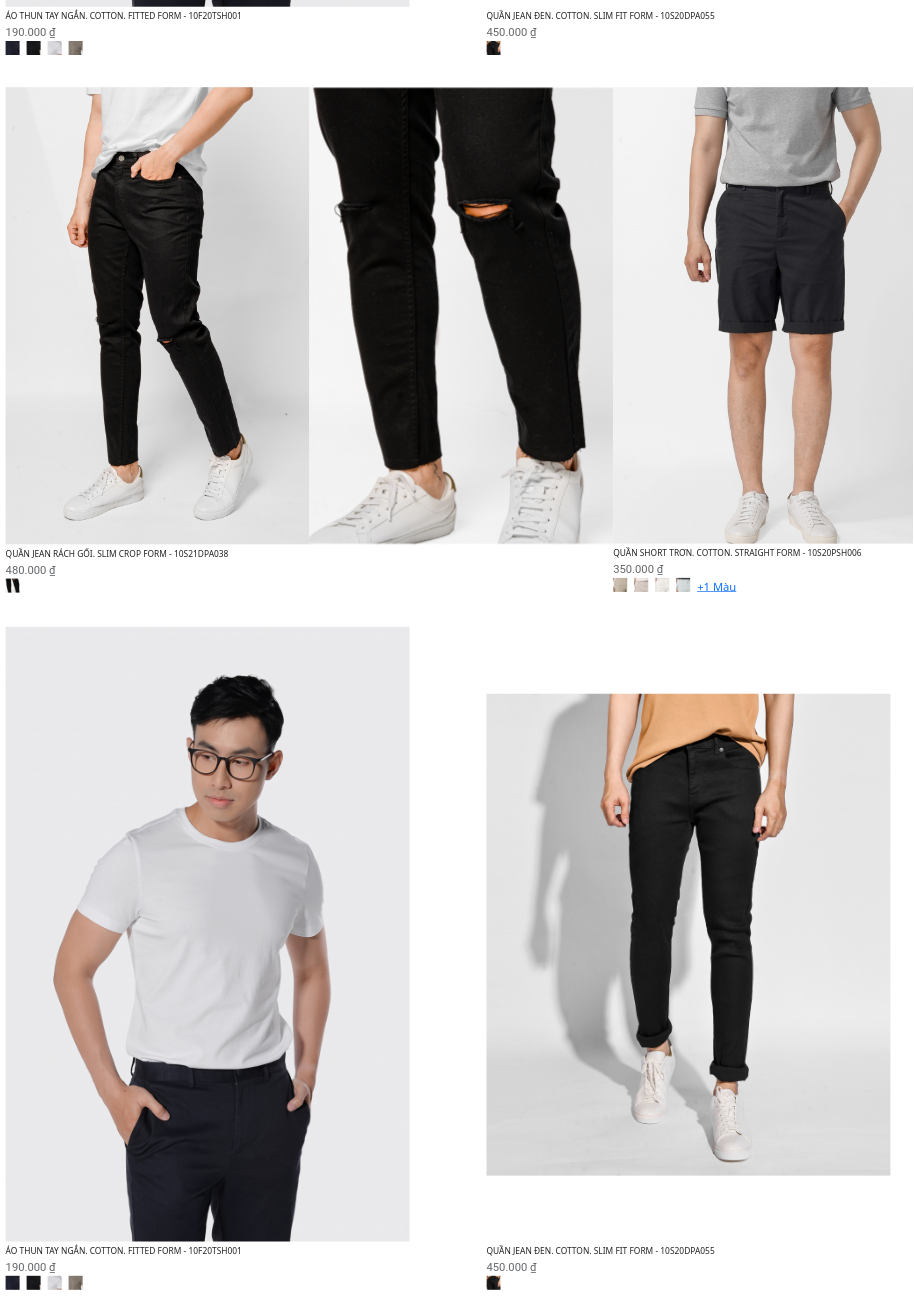
Repository: NguyenQuangQuan021099/FE_Page-Male
Page: Danh sách/page1.html
These files come from the project's save history. The page is drawn as it stood at one moment and after the next save; the edit follows.
The browser window is 1280 px wide. The page is 1305 px wide, so the pictures cover 1305 px, including what lies to the right of the window. The pictures show the part of the page from y = 3632 to 5512 px (the page is 5512 px tall), at 70% of full size.
Some web libraries are served in a nearby version.

Above is the page before, as saved 2021-07-02 11:39:53.

After the next save:
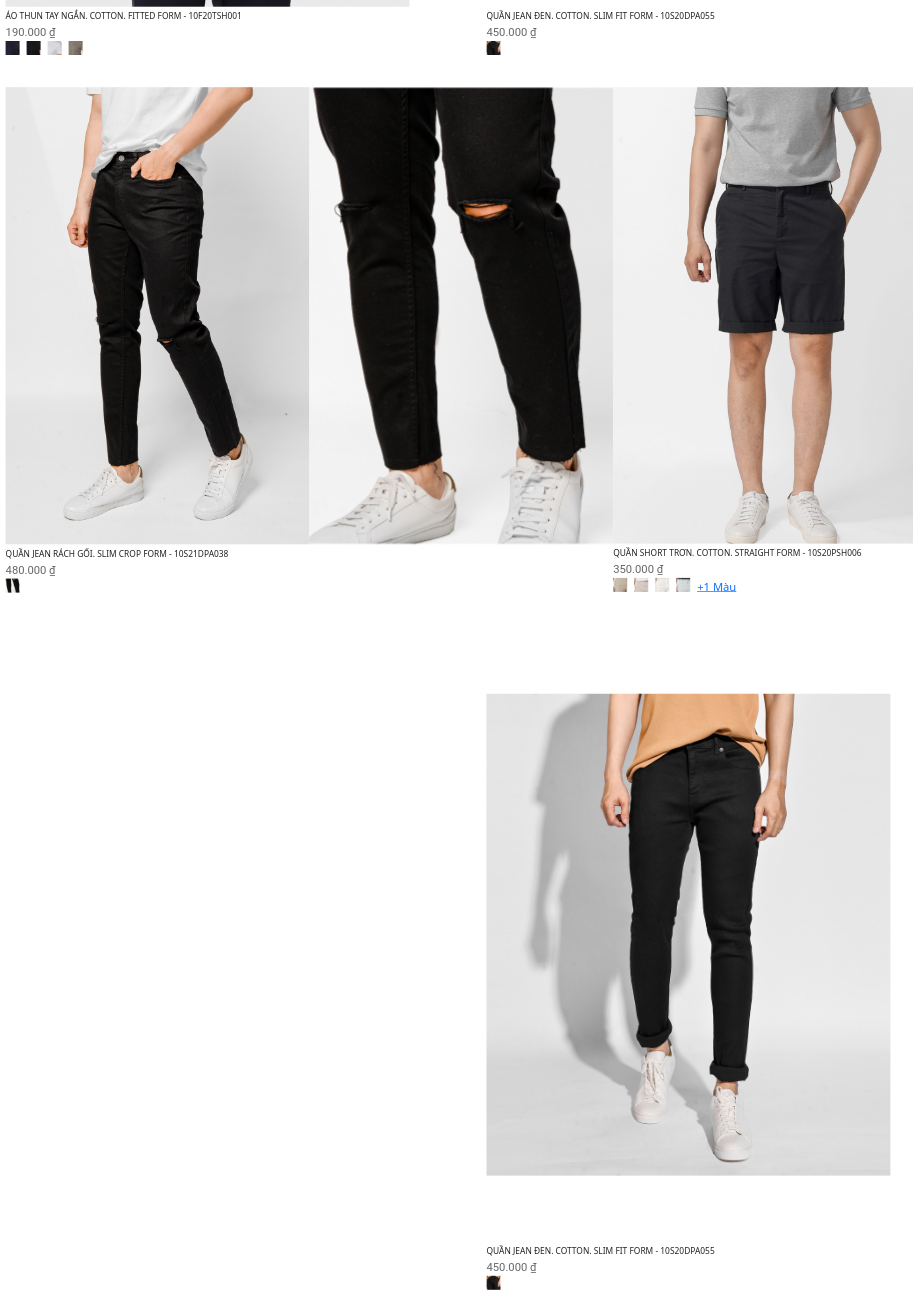
Saved 19 s later.
--- a/Danh sách/page1.html
+++ b/Danh sách/page1.html
@@ -278,33 +278,7 @@
           <li class="product-item items">
             <!-- begin ao polo basic -->
             <div class="product__item__info">
-            <a href="#"><img  src="./img/Áo thun tay ngắn/10f20tsh001.1_1.jpg" ></a>
-            <div class="sub__div">
-              <a href="#" class="content"> Áo thun tay ngắn. Cotton. Fitted form - 10F20TSH001 </a> <br>
-              <span class="price">190.000&nbsp;₫</span>
-              <div class="mini__img">
-                <a class="img__mini-7-1" href="http://google.com">
-                  <div class="sub__content">
-                    NIGHT SKY
-                  </div>
-                </a>
-                <a class="img__mini-7-2" href="http://google.com">
-                  <div class="sub__content">
-                    REAL BLACK
-                  </div>
-                </a>
-                <a class="img__mini-7-3" href="http://google.com">
-                  <div class="sub__content">
-                    BRIGHT WHITE
-                  </div>
-                </a>
-                <a class="img__mini-7-4" href="http://google.com">
-                  <div class="sub__content">
-                    BUNGEE CORD
-                  </div>
-                </a>
-              </div>
-            </div>
+
             </div>
             <!-- end ao polo basic -->
 
